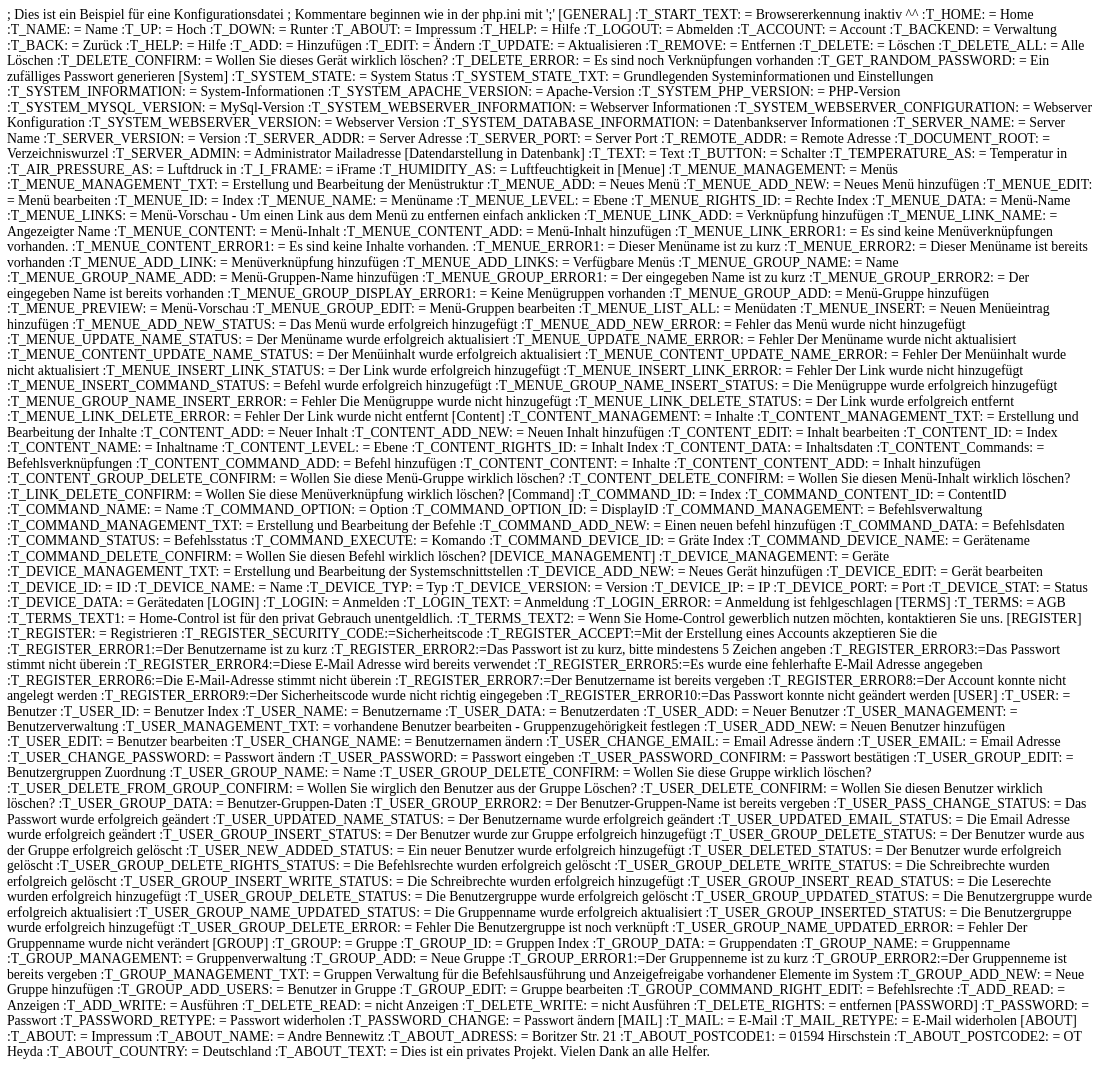
Repository: 0xF3ERROR/Home-Control
Page: http://localhost/language/lang_Ger.php
These files come from the project's save history. The page is drawn as it stood at one moment and after the next save; the edit follows.
The browser window is 1280 px wide. The pictures show the whole page, at 86% of full size.
The page is run by PHP 8.4 with error messages shown; the project is at /var/www/html/.

Above is the page before, as saved 2012-09-17 20:51:32.

After the next save:
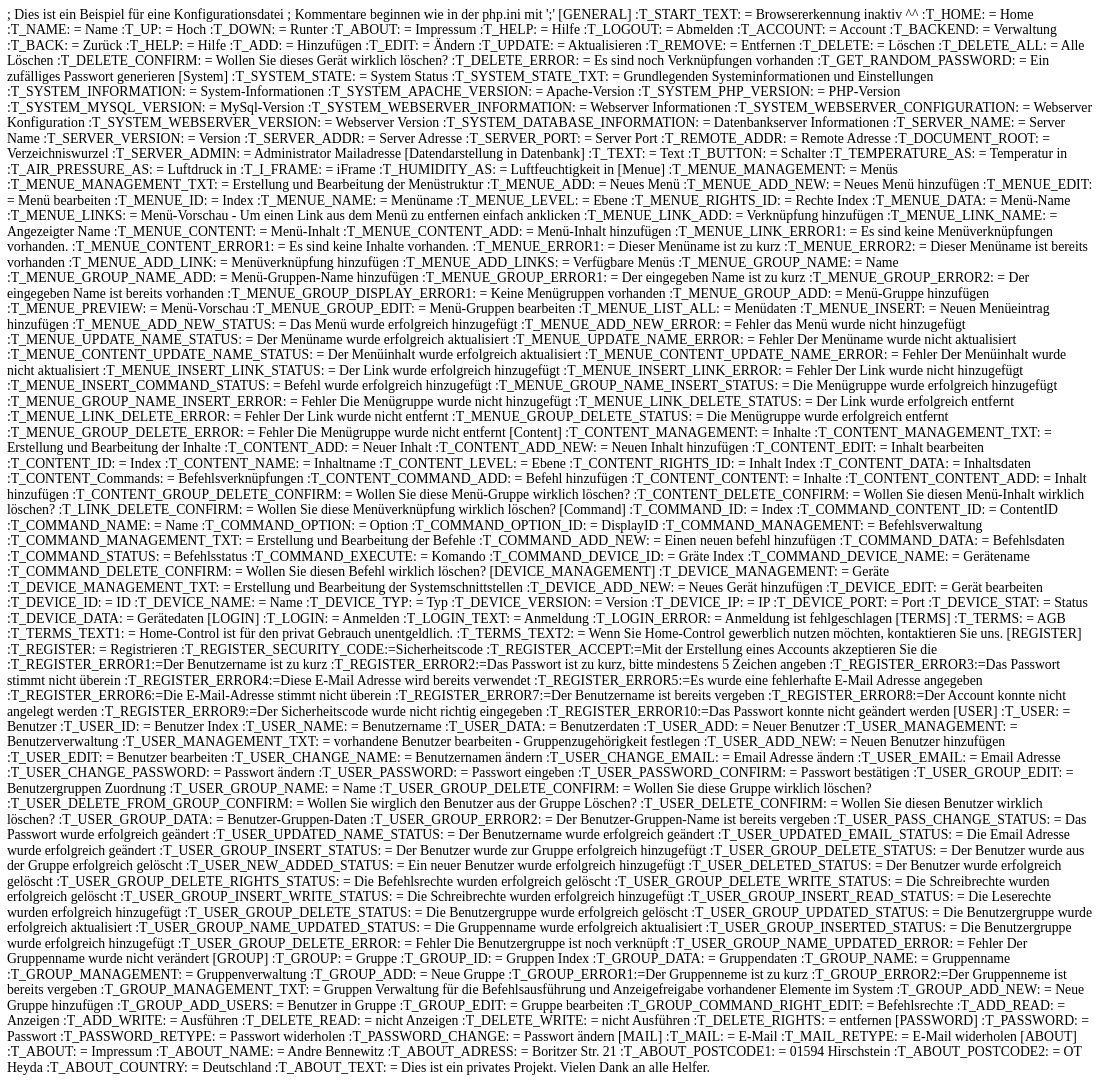
Saved 61 s later.
--- a/Source/language/lang_Ger.php
+++ b/Source/language/lang_Ger.php
@@ -104,7 +104,8 @@
 :T_MENUE_GROUP_NAME_INSERT_ERROR: = Fehler Die Menügruppe wurde nicht hinzugefügt
 :T_MENUE_LINK_DELETE_STATUS: = Der Link wurde erfolgreich entfernt
 :T_MENUE_LINK_DELETE_ERROR: = Fehler Der Link wurde nicht entfernt
-
+:T_MENUE_GROUP_DELETE_STATUS: = Die Menügruppe wurde erfolgreich entfernt
+:T_MENUE_GROUP_DELETE_ERROR: = Fehler Die Menügruppe wurde nicht entfernt
 
 
 
